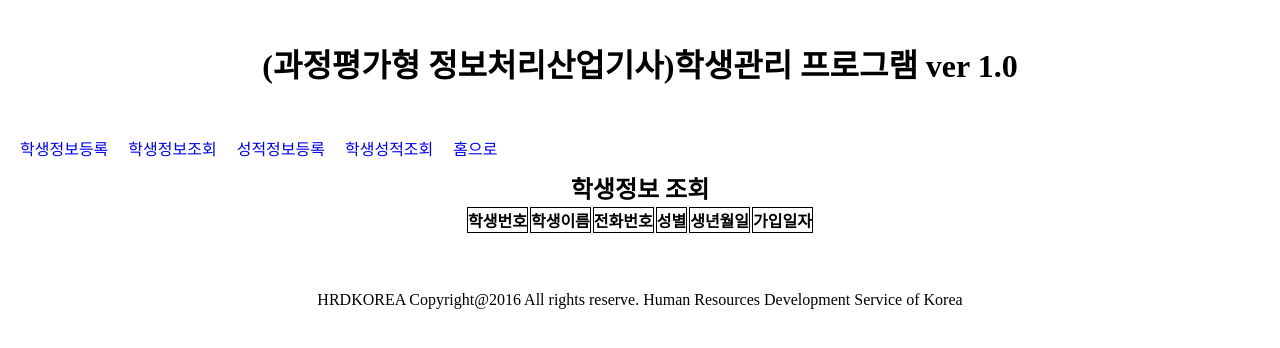
Repository: SeolhwaPark/JSL40_HRDKOREA
Page: http://localhost/HRD_0428_02/view.jsp
An editor plug-in stored every save of this project. The page is shown before and after the next save, followed by the edit.
The browser window is 1280 px wide. The pictures show the whole page.
The page is served by Tomcat 9. Queries for data that is not in the repository find no rows.

Above is the page before, as saved 2020-04-28 14:09:15.

After the next save:
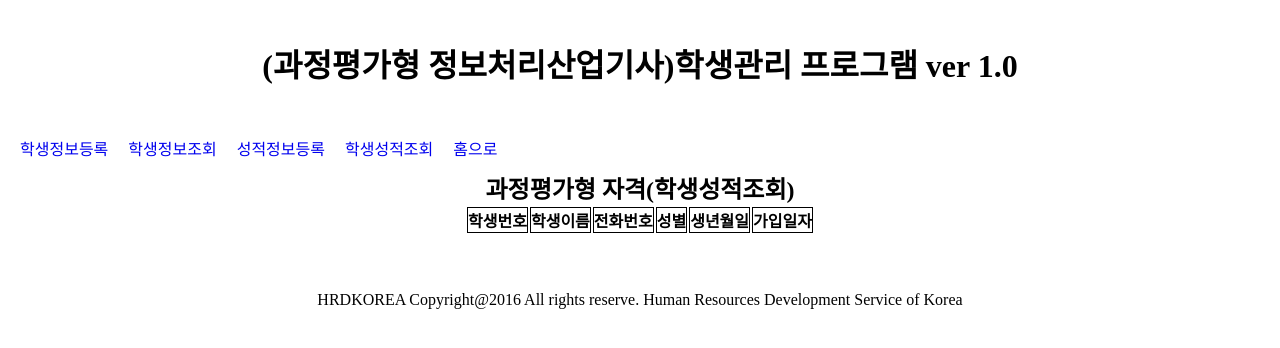
Saved 27 s later.
--- a/HRD_0428_02/WebContent/view.jsp
+++ b/HRD_0428_02/WebContent/view.jsp
@@ -51,7 +51,7 @@ a{padding:20px 0;text-decoration:none; }
 </div>
 <div class="section">
 	<section>
-		<h2 class="title">학생정보 조회</h2>
+		<h2 class="title">과정평가형 자격(학생성적조회)</h2>
 		<div class="content">
 
 				<table>
